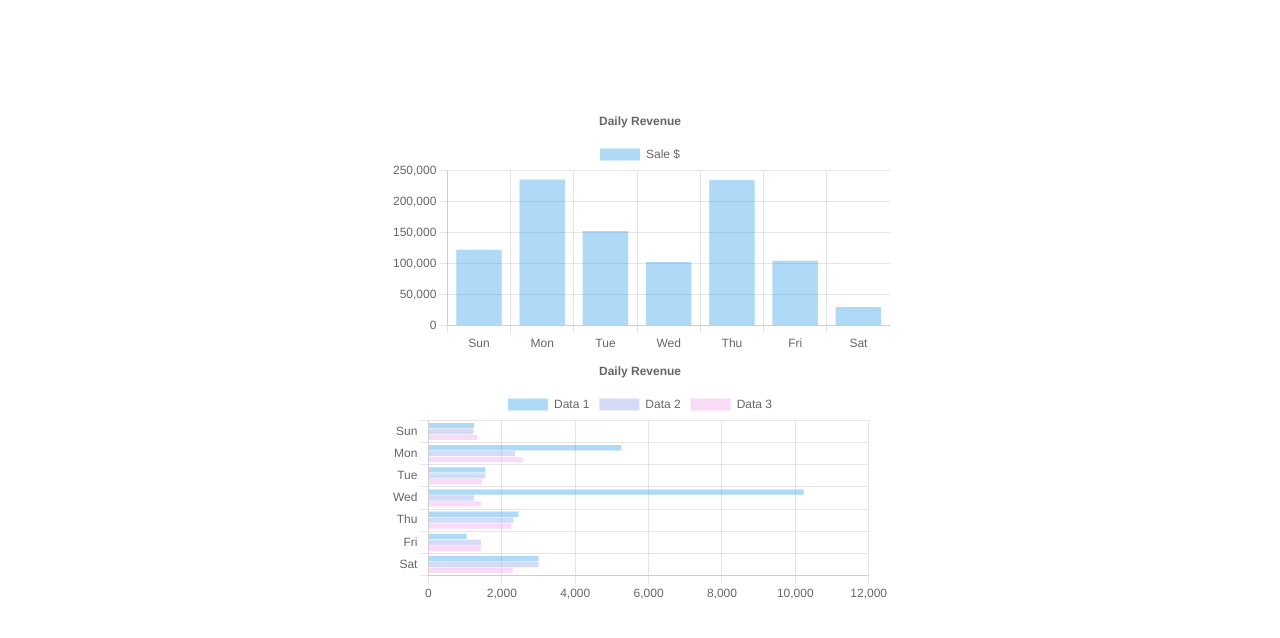
Repository: k8ANStar/exercise-5
Page: /
The author's editor kept a copy of each file at every save. The page is drawn from the files as they stood at one save, then again after the next save.
The browser window is 1280 px wide. The pictures show the whole page.
The project was rebuilt for these pictures with package versions that can differ from the ones it lists, and the page was loaded fresh each time. The framework's server and built-in components were replaced by stand-ins that run in the browser. Also part of the build but not shown: next.config.mjs.

Above is the page before, as saved 2024-04-15 10:29:56.

After the next save:
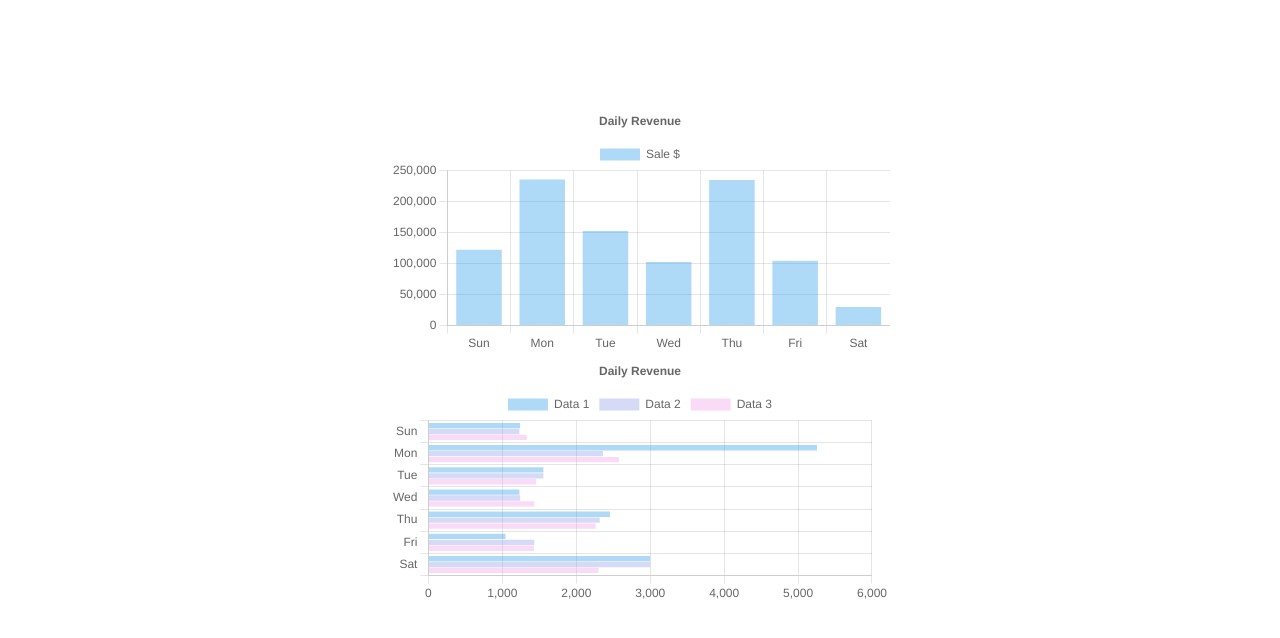
Saved 10 s later.
--- a/components/HorizontalChart/index.js
+++ b/components/HorizontalChart/index.js
@@ -33,7 +33,7 @@ export default function HorizontalChart() {
 			datasets: [
 				{
 					label: "Data 1",
-					data: [1240, 5256, 1555, 10230, 2456, 1042, 3000],
+					data: [1240, 5256, 1555, 1230, 2456, 1042, 3000],
 					borderColor: "rgb(53, 162, 235)",
 					backgroundColor: "rgb(53, 162, 235, 0.4)",
 				},
